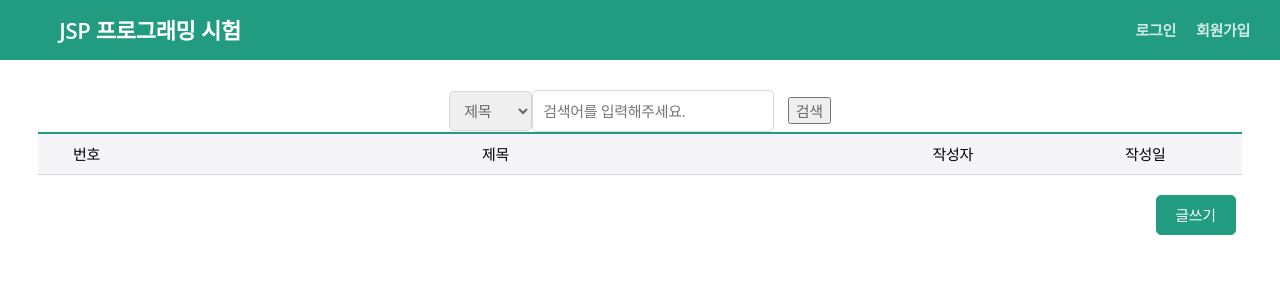
Repository: yujin149/noticeJSP
Page: http://localhost/BBS/bbs.jsp
The author's editor kept a copy of each file at every save. The page is drawn from the files as they stood at one save, then again after the next save.
The browser window is 1280 px wide. The pictures show the whole page.
Some web libraries are served in a nearby version. The page is served by Tomcat 9. Other server files are loaded and not shown. Queries for data that is not in the repository find no rows.

Above is the page before, as saved 2024-11-29 06:43:47.

### BBS/src/main/webapp/bbs.jsp
<%@ page language="java" contentType="text/html; charset=UTF-8"
	pageEncoding="UTF-8"%>
<%@ page import="java.io.PrintWriter"%>
<%@ page import="bbs.BbsDAO"%>
<%@ page import="bbs.Bbs"%>
<%@ page import="java.util.ArrayList"%><!-- 게시판 목록을 출력하기 위해 -->
<!DOCTYPE html>
<html>
<head>
<meta charset="UTF-8">
<meta name="viewport" content="width=device-width" , initial-scale="1">
<link rel="stylesheet" href="css/reset.css">
<link rel="stylesheet" href="css/font.css">
<link rel="stylesheet" href="css/style.css">
<title>JSP 프로그래밍 시험</title>


</head>
<body>
	<div class="bbsWrap">
		<%
		String userID = null;
		if (session.getAttribute("userID") != null) {
			userID = (String) session.getAttribute("userID");
		}

		int pageNumber = 1;
		if (request.getParameter("pageNumber") != null) {
			pageNumber = Integer.parseInt(request.getParameter("pageNumber"));
		}
		%>
		<nav class="navWrap">
			<h1>
				<a href="bbs.jsp">JSP 프로그래밍 시험</a>
			</h1>

			<%
			if (userID == null) {
			%>
			<ul class="userMenu">
				<li><a href="login.jsp">로그인</a></li>
				<li><a href="join.jsp">회원가입</a></li>
			</ul>
			<%
			} else {
			%>
			<ul class="userMenu">
				<li><a href="logoutAction.jsp">로그아웃</a></li>
			</ul>
			<%
			}
			%>
		</nav>

		<div class="container">

			<div class="searchWrap">
				<form action="searchAction.jsp" method="get">
					<select name="searchField">
						<option value="bbsTitle">제목</option>
						<option value="userID">작성자</option>
					</select>
					<div class="search">
						<input type="text" name="searchText" placeholder="검색어를 입력해주세요.">
						<button type="submit" class="btn">검색</button>
					</div>
				</form>
			</div>
			<div class="tableWrap">
				<table>
					<colgroup>
						<col style="width: 8%">
						<col style="width: *">
						<col style="width: 16%">
						<col style="width: 16%">
					</colgroup>
					<thead>
						<tr>
							<th>번호</th>
							<th>제목</th>
							<th>작성자</th>
							<th>작성일</th>

						</tr>
					</thead>
					<tbody>
						<%
						BbsDAO bbsDAO = new BbsDAO();
						ArrayList<Bbs> list = bbsDAO.getList(pageNumber);
						for (int i = 0; i < list.size(); i++) {
						%>
						<tr>
							<td><%=list.get(i).getBbsNum()%></td>
							<td style="text-align: left;"><a
								href="view.jsp?bbsID=<%=list.get(i).getBbsNum()%>"> <%=list.get(i).getBbsTitle().replaceAll(" ", "&nbsp;").replaceAll("<", "&lt;").replaceAll(">", "&gt;")
		.replaceAll("\n", "<br>")%></a></td>

							<td><%=list.get(i).getUserID()%></td>
							<td><%=list.get(i).getBbsDate().substring(0, 11)%></td>
						</tr>
						<%
						}
						%>
					</tbody>

				</table>

			</div>
			<div class="btnWrap">
				<div class="prevnextBtn">
					<%
					if (pageNumber != 1) {
					%>
					<a href="bbs.jsp?pageNumber=<%=pageNumber - 1%>"
						class="btn btn-success btn-arraw-left">이전</a>
					<%
					}
					if (bbsDAO.nextPage(pageNumber + 1)) {
					%>
					<a href="bbs.jsp?pageNumber=
				<%=pageNumber + 1%>"
						class="btn btn-success btn-arraw-left">다음</a>
					<%
					}
					%>
				</div>
				<a href="write.jsp" class="btn btn-primary pull-right green-btn">글쓰기</a>
			</div>
		</div>
	</div>

	<script src="http://code.jquery.com/jquery-3.1.1.min.js"></script>
</body>
</html>

### BBS/src/main/java/bbs/BbsDAO.java
package bbs;

import java.sql.Connection;
import java.sql.DriverManager;
import java.sql.PreparedStatement;
import java.sql.ResultSet;
import java.util.ArrayList;

public class BbsDAO {
	private Connection conn;
	private ResultSet rs;

	public BbsDAO()
	{
		try
		{
			String dbURL = "jdbc:mysql://localhost:3306/testjsp";

			String dbID = "root";
			String dbPassword = "1234";
			Class.forName("com.mysql.jdbc.Driver");

			conn = DriverManager.getConnection(dbURL, dbID, dbPassword);
		}catch(Exception e)
		{
			e.printStackTrace();
		}
	}

	// 게시판 글쓰기를 위한 함수
	public String getDate()
	{
		String SQL = "SELECT NOW()";
		try {
			PreparedStatement pstmt = conn.prepareStatement(SQL);
			rs = pstmt.executeQuery();

			if(rs.next()) {
				return rs.getString(1);
			}

		} catch(Exception e) {
			e.printStackTrace();
		}
		return "";
	}

	public int getNext() // 게시글 번호 입력 함수
	{
		String SQL = "SELECT bbsNum FROM BBS ORDER BY bbsNum DESC";
		try {
			PreparedStatement pstmt = conn.prepareStatement(SQL);
			rs = pstmt.executeQuery();

			if(rs.next()) {
				return rs.getInt(1) + 1;
			}
			return 1;

		} catch(Exception e) {
			e.printStackTrace();
		}
		return -1;
	}

	public int write(String bbsTitle, String userID, String bbsContent)
	{
		String SQL = "INSERT INTO BBS VALUES (?, ?, ?, ?, ?, ?)";

		try {
			PreparedStatement pstmt = conn.prepareStatement(SQL);
			pstmt.setInt(1, getNext());
			pstmt.setString(2, bbsTitle);
			pstmt.setString(3, userID);
			pstmt.setString(4, getDate());
			pstmt.setString(5, bbsContent);
			pstmt.setInt(6, 1);

			return pstmt.executeUpdate();

		} catch(Exception e) {
			e.printStackTrace();
		}
		return -1;
	}

	public ArrayList<Bbs> getList(int pageNumber)
	{
		String SQL = "SELECT * FROM BBS WHERE bbsNum < ?  AND bbsAvailable = 1 ORDER BY bbsNum DESC LIMIT 10";

		ArrayList<Bbs> list = new ArrayList<Bbs>();
		try {
			PreparedStatement pstmt = conn.prepareStatement(SQL);
			pstmt.setInt(1, getNext() - (pageNumber - 1) * 10);

			rs = pstmt.executeQuery();

			while(rs.next()) {
				Bbs bbs = new Bbs();
				bbs.setBbsNum(rs.getInt(1));
				bbs.setBbsTitle(rs.getString(2));
				bbs.setUserID(rs.getString(3));
				bbs.setBbsDate(rs.getString(4));
				bbs.setBbsContent(rs.getString(5));
				bbs.setBbsAvailable(rs.getInt(6));
			    list.add(bbs);
			}
		} catch(Exception e) {
			e.printStackTrace();
		}
		return list;
	}

	public boolean nextPage(int pageNumber)
	{
		String SQL = "SELECT * FROM BBS WHERE bbsNum < ?  AND bbsAvailable = 1 ORDER BY bbsNUm DESC LIMIT 10";

		try {
			PreparedStatement pstmt = conn.prepareStatement(SQL);
			pstmt.setInt(1, getNext() - (pageNumber - 1) * 10);

			rs = pstmt.executeQuery();

			if(rs.next()) {
				return true;
			}
		} catch(Exception e) {
			e.printStackTrace();
		}
		return false;
	}

	public Bbs getBbs(int bbsNum) {
		String SQL = "SELECT * FROM BBS WHERE bbsNum = ?";
		try {
			PreparedStatement pstmt = conn.prepareStatement(SQL);
	        pstmt.setInt(1, bbsNum);
	        rs = pstmt.executeQuery();

			if(rs.next()) {
	            Bbs bbs = new Bbs();
	            bbs.setBbsNum(rs.getInt(1));
	            bbs.setBbsTitle(rs.getString(2));
	            bbs.setUserID(rs.getString(3));
	            bbs.setBbsDate(rs.getString(4));
	            bbs.setBbsContent(rs.getString(5));
	            bbs.setBbsAvailable(rs.getInt(6));
	            return bbs;
	        }
		} catch(Exception e) {
	        e.printStackTrace();
	    }
		return null;
	}

	public int update(int bbsNum, String bbsTitle, String bbsContent) {
		String SQL = "UPDATE BBS SET bbsTitle = ?, bbsContent =? WHERE bbsNum = ?";
		try {
			PreparedStatement pstmt = conn.prepareStatement(SQL);
			pstmt.setString(1, bbsTitle);
			pstmt.setString(2, bbsContent);
			pstmt.setInt(3, bbsNum);
			return pstmt.executeUpdate();
		}catch(Exception e){
			e.printStackTrace();
		}
		return -1;
	}

	public int delete(int bbsNum) {
		String SQL = "UPDATE BBS SET bbsAvailable = 0 WHERE bbsNum = ?";
		try {
			PreparedStatement pstmt = conn.prepareStatement(SQL);
			pstmt.setInt(1, bbsNum);
			return pstmt.executeUpdate();
		}catch(Exception e){
			e.printStackTrace();
		}
		return -1;
	}


	public ArrayList<Bbs> getSearch(String searchField, String searchText) {
	    String SQL = "";
	    ArrayList<Bbs> list = new ArrayList<Bbs>();

	    try {
	        if(searchField.equals("bbsTitle")) {
	            SQL = "SELECT * FROM BBS WHERE bbsTitle LIKE ? AND bbsAvailable = 1 ORDER BY bbsNum DESC";
	        } else if(searchField.equals("userID")) {
	            SQL = "SELECT * FROM BBS WHERE userID LIKE ? AND bbsAvailable = 1 ORDER BY bbsNum DESC";
	        }

	        PreparedStatement pstmt = conn.prepareStatement(SQL);
	        pstmt.setString(1, "%" + searchText + "%");
	        rs = pstmt.executeQuery();

	        while(rs.next()) {
	            Bbs bbs = new Bbs();
	            bbs.setBbsNum(rs.getInt(1));
	            bbs.setBbsTitle(rs.getString(2));
	            bbs.setUserID(rs.getString(3));
	            bbs.setBbsDate(rs.getString(4));
	            bbs.setBbsContent(rs.getString(5));
	            bbs.setBbsAvailable(rs.getInt(6));
	            list.add(bbs);
	        }
	    } catch(Exception e) {
	        e.printStackTrace();
	    }
	    return list;
	}

}

### BBS/src/main/webapp/css/reset.css
@charset "UTF-8";

html, body, div, span, applet, object, iframe,
h1, h2, h3, h4, h5, h6, p, blockquote, pre,
a, abbr, acronym, address, big, cite, code,
del, dfn, em, img, ins, kbd, q, s, samp,
small, strike, strong, sub, sup, tt, var,
b, u, i, center,
dl, dt, dd, ol, ul, li,
fieldset, form, label, legend,
table, caption, tbody, tfoot, thead, tr, th, td,
article, aside, canvas, details, embed,
figure, figcaption, footer, header, hgroup,
menu, nav, output, ruby, section, summary,
time, mark, audio, video {
	margin: 0;
	padding: 0;
	border: 0;
	font-size: 100%;
	font: inherit;
	vertical-align: inherit;
	box-sizing:border-box;
	transition:all .3s;
}
/* HTML5 display-role reset for older browsers */
article, aside, details, figcaption, figure,
footer, header, hgroup, menu, nav, section {
	display: block;
}
body {
	line-height: 1;
}
ol, ul {
	list-style: none;
}
blockquote, q {
	quotes: none;
}
blockquote:before, blockquote:after,
q:before, q:after {
	content: '';
	content: none;
}
table {
	border-collapse: collapse;
	border-spacing: 0;
}

button,
input,
select,
textarea {
	font-family: inherit; /* 1 */
	font-size: 100%; /* 2 */
	margin: 0; /* 3 */
}

button,
input {
	line-height: normal;
}

button,
select {
	text-transform: none;
}

button,
html input[type="button"], /* 1 */
input[type="reset"],
input[type="submit"] {
	-webkit-appearance: button; /* 2 */
	cursor: pointer; /* 3 */
}

button[disabled],
html input[disabled] {
	cursor: default;
    background: #f5f5f5;
    color:#666;
}

input[type="checkbox"],
input[type="radio"] {
	box-sizing: border-box; /* 1 */
	padding: 0; /* 2 */
}

input[type="search"] {
	-webkit-appearance: textfield; /* 1 */
	-moz-box-sizing: content-box;
	-webkit-box-sizing: content-box; /* 2 */
	box-sizing: content-box;
}

input[type="search"]::-webkit-search-cancel-button,
input[type="search"]::-webkit-search-decoration {
	-webkit-appearance: none;
}

button::-moz-focus-inner,
input::-moz-focus-inner {
	border: 0;
	padding: 0;
}

textarea {
	overflow: auto; /* 1 */
	vertical-align: top; /* 2 */
}
a {text-decoration:none;}
address {font-style:normal;}

caption {display:none}

### BBS/src/main/webapp/css/font.css
@charset "UTF-8";

@font-face {
    font-family: "Noto Sans KR";
    src: url('https://fonts.googleapis.com/css2?family=Noto+Sans+KR:wght@100;300;400;500;700;900&display=swap');
         unicode-range: U+AC00-D7A3;
        }

@font-face {
    font-family: 'roboto';
    src: url('https://fonts.googleapis.com/css2?family=Roboto:wght@100;300;400;500;700;900&display=swap');
         unicode-range: U+0030-0039;
}


html, body, table, input, textarea, nav, button, div, p, span,
#main_wrap span, h1, h2, h3, h4, h6, tr, td, ol, ul, li, select, pre {
    font-size:15px;
    font-family:"Noto Sans KR","roboto","Open Sans",Malgun Gothic,"맑은 고딕",AppleGothic,Dotum,"돋움",sans-serif;
    color:#666;letter-spacing: -0.3px; font-weight: 400;
}


.notosanskr {
 font-family: 'Noto Sans KR', sans-serif;
}

.roboto {
 font-family: 'roboto', sans-serif;
}

### BBS/src/main/webapp/css/style.css
@charset "UTF-8";
.bbsWrap{width:100%; margin:0 auto;}
.navWrap{width:100%; height:60px; background:#219c80; display:flex;
justify-content: space-between; align-items: center;padding: 0 30px;}
.navWrap h1 a{color:#fff; font-size:22px; font-weight:600; display:flex;
justify-content: center; align-items: center; width:240px; height:60px;}

.navWrap .userMenu{display:flex; justify-content: flex-end; align-items: center;}
.navWrap .userMenu a{color:rgba(255,255,255,0.8); font-size:15px; padding:0 10px;
font-weight:600;}
.navWrap .userMenu li:last-child a{padding-right:0;}
.navWrap .userMenu li.active a{color:#fff;}
.navWrap .userMenu a:hover{color:#fff;}


.bbsWrap .container{width:94%; margin:30px auto 0;}
.bbsWrap .container .tableWrap{width:100%; border-top: 2px solid #219c80;
border-bottom: 1px solid #d7d7d7;}

.bbsWrap .container .tableWrap table{table-layout: fixed; border-collapse: collapse;
width:100%;}
.bbsWrap .container .tableWrap table tr th{display:table-cell; vertical-align:middle; padding:0 10px; background: #f4f4f9;
height: 40px; font-size: 15px; color:#000;}
.bbsWrap .container .tableWrap table tr td{display:table-cell; vertical-align:middle; padding:0 10px; font-size: 15px;
border-top: 1px solid #d7d7d7; line-height: 1.3; height: 50px; text-align: center; cursor:pointer;}

.bbsWrap .container .tableWrap table tr td a{color:#666; display:block;}

.bbsWrap .container .tableWrap table tr:hover td{background:#f4f4f9;}

.bbsWrap .container .tableWrap.writeTable table tr td{border-top:none; border-bottom:1px solid #d7d7d7; padding:0; cursor:auto;}
.bbsWrap .container .tableWrap.writeTable table tr:hover td, .bbsWrap .container .tableWrap.viewTable table tr:hover td{background:inherit;}
.bbsWrap .container .writeTable table tr td input{width:100%; height:100%; border:none; padding:0 20px; outline:none;}
.bbsWrap .container .writeTable table tr td textarea{width:100%; min-height:580px; border:none; padding:20px; outline:none;
resize:none;}

.bbsWrap .container .tableWrap.viewTable table tr th{height:50px;}
.bbsWrap .container .viewTable table tr td{cursor:auto;}
.bbsWrap .container .viewTable table tr td.tit {color:#000; background:#f4f4f9;}
.bbsWrap .container .viewTable table tr:hover td.tit {color:#000; background:#f4f4f9;}
.bbsWrap .container .viewTable table tr td.text {text-align:left;}
.bbsWrap .container .viewTable table tr td.textBox{padding:20px;}


.btnWrap{display:flex;justify-content: space-between; align-items: center; margin-top:20px;}
.btnWrap .prevnextBtn{display:flex;}
.btnWrap .btn{display:flex;justify-content: center;align-items: center;
width:50px; height:40px; background:#eee; border-radius:5px; border:1px solid #d7d7d7; color:#666; margin-right:6px;}
.btnWrap .btn:hover{background:#219c80; color:#fff; border-color:#219c80;}
.btnWrap .btn.green-btn{background:#219c80; color:#fff; width:80px; border-color:#219c80;}


/*로그인*/
.loginWrap{width:480px; margin:60px auto 0; background: #fff; box-shadow: 3px 3px 5px rgba(55, 55, 55, 0.1);
padding:60px;}
.loginWrap h2{font-size:28px; font-weight:600; text-align:center; color:#000; margin-bottom:40px;}
.loginWrap ul li{margin-bottom:10px;}
.loginWrap ul li input {width:100%; height:40px; border:1px solid #d7d7d7;
border-radius:5px; outline:none; padding:0 10px; box-sizing:border-box;}
.loginWrap .loginBtn{width:100%; background:#219c80; color:#fff; border-radius:5px;
border:1px solid #219c80; height:40px; font-size:16px; font-weight:600; height:45px;}

.loginWrap ul li input[type='radio'] {
  -webkit-appearance: none;-moz-appearance: none;appearance: none; width: 15px;
  height: 15px; border: 1px solid #d7d7d7; border-radius: 50%; outline: none;  cursor: pointer; padding:0;}
.loginWrap ul li input[type='radio']:checked { background: #219c80; border: 3px solid white; box-shadow: 0 0 0 1px #219c80;}

.loginWrap ul li.radioList{display:flex; justify-content: center; align-items:center; padding:10px 0;}
.loginWrap ul li.radioList label{display:flex; justify-content: flex-start; align-items:center; cursor:pointer;}
.loginWrap ul li.radioList label input{margin-right:5px;}
.loginWrap ul li.radioList label:first-child{margin-right:20px;}


/*검색조건*/
.searchWrap form{display:flex; justify-content: center; align-items: center;}
.searchWrap input, .searchWrap select{height:40px; border:1px solid #d7d7d7;
padding:0 10px; border-radius:5px;}
.searchWrap input{width:220px; margin-right:10px;}

After the next save:
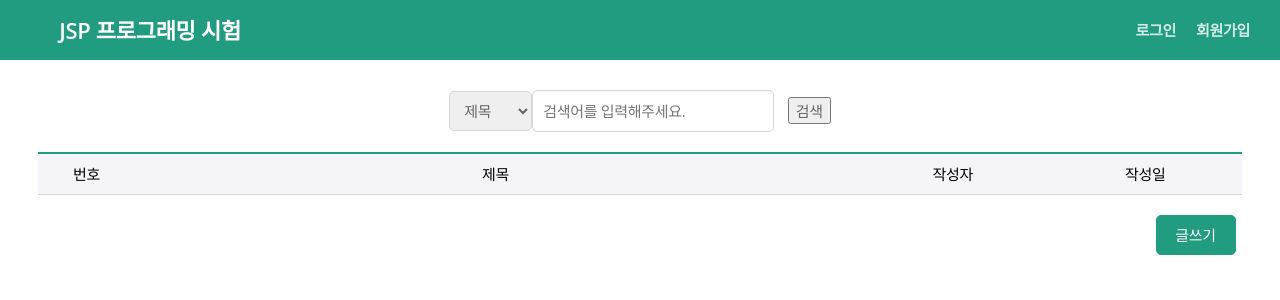
Saved 5 min 4 s later.
--- a/BBS/src/main/webapp/css/style.css
+++ b/BBS/src/main/webapp/css/style.css
@@ -72,6 +72,7 @@ border:1px solid #219c80; height:40px; font-size:16px; font-weight:600; height:4
 
 
 /*검색조건*/
+.searchWrap{margin-bottom:20px;}
 .searchWrap form{display:flex; justify-content: center; align-items: center;}
 .searchWrap input, .searchWrap select{height:40px; border:1px solid #d7d7d7;
 padding:0 10px; border-radius:5px;}
